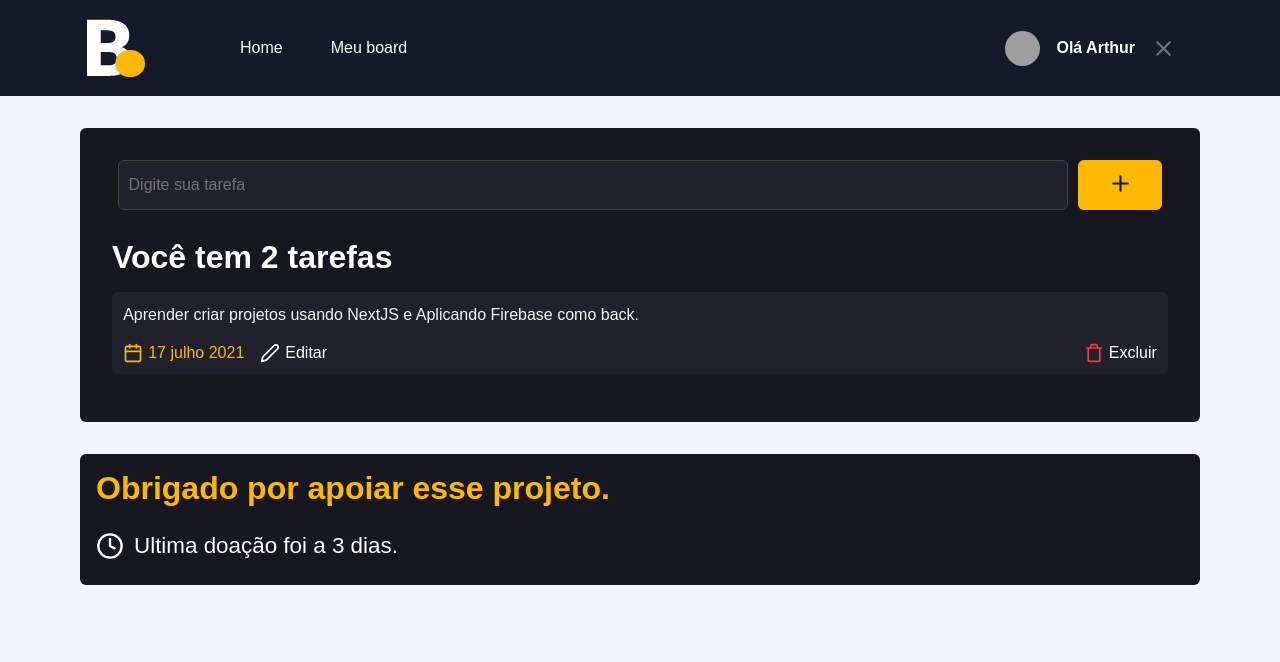
Repository: ArthurHendrich/Task-Board
Page: /board
An editor plug-in stored every save of this project. The page is shown before and after the next save, followed by the edit.
The browser window is 1280 px wide. The pictures show the whole page.
Pictures or frames that could not be fetched are drawn as grey boxes. The project was rebuilt for these pictures with package versions that can differ from the ones it lists, and the page was loaded fresh each time. The framework's server and built-in components were replaced by stand-ins that run in the browser. Also part of the build but not shown: next.config.js.

Above is the page before, as saved 2022-07-04 18:16:59.

### src/pages/_app.tsx
import { AppProps } from 'next/app';
import { Header } from '../components/Header';

import '../styles/global.scss';

function MyApp({ Component, pageProps }: AppProps) {
  return (
    <>
    <Header />
    <Component {...pageProps} />
    </>
  )
}

export default MyApp

### src/pages/_document.tsx
import Document, { Head, Html, Main, NextScript } from "next/document";

export default class MyDocument extends Document{
  render(){
    return(
      <Html>
        <Head>
        </Head>
        <body>
          <Main />
          <NextScript />
        </body>
      </Html>
    )
  }
}

### src/pages/board/index.tsx
import Head from 'next/head';
import styles from './styles.module.scss';
import { FiPlus, FiCalendar, FiEdit2, FiTrash, FiClock } from 'react-icons/fi'

export default function Board(){
  return (
    <>
      <Head>
        <title>My Task | Tarefas</title>
      </Head>

      <main className={styles.container}>
        <form>
          <input type="text" placeholder='Digite sua tarefa' />
          <button type='submit'><FiPlus size={25} color="#17181f"/></button>
        </form>

        <h1>Você tem 2 tarefas</h1>

        <section>
          <article className={styles.taskList}>
            <p>Aprender criar projetos usando NextJS e Aplicando Firebase como back.</p>
            <div className={styles.actions}>

              <div>
                <div>
                  <FiCalendar size={20} color="#ffb800" />
                  <time>17 julho 2021</time>
                </div>
                <button>
                  <FiEdit2 size={20} color="#FFF" />
                  <span>Editar</span>
                </button>
              </div>

              <button>
                <FiTrash size={20} color="#FF3636" className={styles.buttonDelete}/>
                <span>Excluir</span>
              </button>

            </div>
          </article>
        </section>
      </main>

      <div className={styles.vipContainer}>
        <h3>Obrigado por apoiar esse projeto.</h3>
        <div>
          <FiClock size={28} color="#FFF" />
          <time>
            Ultima doação foi a 3 dias.
          </time>
        </div>
      </div>
    </>
  )
}

### src/components/Header/index.tsx
import Link from "next/link";
import { SignInButton } from "../SignInButton/index";
import styles from "./styles.module.scss";

export function Header() {
  return (
    <header className={styles.headerContainer}>
      <div className={styles.headerContent}>
        <Link href="/">
          <img src="/images/logo.svg" alt="Logo" />
        </Link>

        <nav>
          <Link href="/">
            <a>Home</a>
          </Link>
          <Link href="/board">
            <a>Meu board</a>
          </Link>
        </nav>

        <SignInButton />
      </div>
    </header>
  );
}

### src/styles/global.scss
* {
  margin: 0;
  padding: 0;
  box-sizing: border-box;
}

@media (max-width: 1080px) {
  html {
    font-size: 93.75%;
  }
}

@media (max-width: 720px) {
  html {
    font-size: 87.5%;
  }
}


body {
  background: #F2F6FC;
}

body, input, textarea, select, button {
  font: 400 1rem sans-serif;
}

button {
  cursor: pointer;
}

a {
  text-decoration: none;
  color: inherit;
}

### src/pages/board/styles.module.scss
.container {
  max-width: 1120px;
  margin: 2rem auto;
  padding: 2rem;
  background-color: #17181f;
  border-radius: 6px;

  form {
    display: flex;
    justify-content: center;
    align-items: center;

    input{
      width: 90%;
      height: 50px;
      background-color: #20212c;
      border: 1px solid #424242;
      border-radius: 6px;
      padding: 3px 10px;
      color: #FFF;
    }

    button {
      margin-left: 10px;
      width: 8%;
      height: 50px;
      border: 0;
      background-color: #FFB800;
      border-radius: 6px;
    }
  }

  h1{
    color: #FFF;
    margin-top: 1.8rem;
  }

}

.taskList {
  background-color: #20212c;
  margin: 1rem 0;
  padding: 0.7rem;
  border-radius: 6px;

  p{
    cursor: pointer;
    color: #F2F6F7;
    font-size: 1rem;
    line-height: 150%;
  }

  .actions {
    width: 100%;
    display: flex;
    flex-direction: row;
    justify-content: space-between;
    margin-top: 1rem;


    div {
      display: flex;
      justify-content: center;
      align-items: center;

      time{
        color: #FFB800;
        margin-left: 5px;
        margin-right: 1rem;
      }
    }

    button {
      background: transparent;
      border: 0;
      display: flex;
      justify-content: center;
      align-items: center;

      & + button {
        margin-left: 10px;
      }

      span {
        margin-left: 5px;
        color: #FFF;
        cursor: pointer;
        transition: filter 0.2s;
      }

      span:hover{
        filter: brightness(0.7);
      }

      .buttonDelete {
        transition: filter ease 0.2s;
      }

      .buttonDelete:hover {
        filter: brightness(0.8);
      }
    }

  }


}

.vipContainer {
  max-width: 1120px;
  margin: 1rem auto;
  padding: 1rem;
  background-color: #17181f;
  border-radius: 6px;

  h3 {
    color: #FFB800;
    font-size: 2rem;
  }

  div {
    margin-top: 1rem;
    display: flex;
    align-items: center;

    time{
      color: #FFF;
      font-size: 1.4rem;
      padding: 10px;
    }
  }
}

### src/components/SignInButton/index.tsx
import styles from "./styles.module.scss";
import { FaGithub } from 'react-icons/fa';
import { FiX } from 'react-icons/fi';

export function SignInButton() {
  const session = true;

  return session ? (
    <button type="button" className={styles.signInButton} onClick={() => {}}>
      <img src="https://avatars.githubusercontent.com/u/99266969?v=4" alt="Github" />
      Olá Arthur
      <FiX color="#737380" className={styles.closeIcon} />
    </button>
  ) : (
    <button type="button" className={styles.signInButton} onClick={() => {}}>
    <FaGithub color="#FFB800" />
    Entrar com github
    </button>
  )
}

### src/components/Header/styles.module.scss
.headerContainer {
  height: 6rem;
  background-color: #141a29;
}

.headerContent {
  max-width: 1120px;
  height: 6rem;
  margin: 0 auto;
  display: flex;
  align-items: center;

  img {
    cursor: pointer;
  }

  nav{
    margin-left: 5rem;
    height: 5rem;

    a {
      display: inline-block;
      position: relative;
      padding: 0 0.5rem;
      height: 5rem;
      line-height: 5rem;
      color: #FFF;

      & + a {
        margin-left: 2rem;
      }
    }

  }

  button {
    margin-left: auto;
  }

}

### src/components/SignInButton/styles.module.scss
.signInButton{
  height: 2.5rem;
  border-radius: 3rem;
  background: transparent;
  border: 0;
  display: flex;
  align-items: center;
  justify-content: center;
  padding: 0 1.5rem;
  color: #FFF;
  font-weight: bold;
  transition: filter 0.2s;

  svg {
    width: 25px;
    height: 25px;
  }

  img {
    width: 35px;
    height: 35px;
    border-radius: 50%;
    margin-right: 1rem;
  }

  &:hover{
    filter: brightness(0.9);
  }

  svg:first-child {
    margin-right: 1rem;
  }

  svg.closeIcon {
    margin-left: 1rem;
  }
}

### src/components/SupportButton/index.tsx

import styles from "./styles.module.scss";

export function SupportButton() {
  return (
    <button>
      Apoiar
    </button>
  );
}

After the next save:
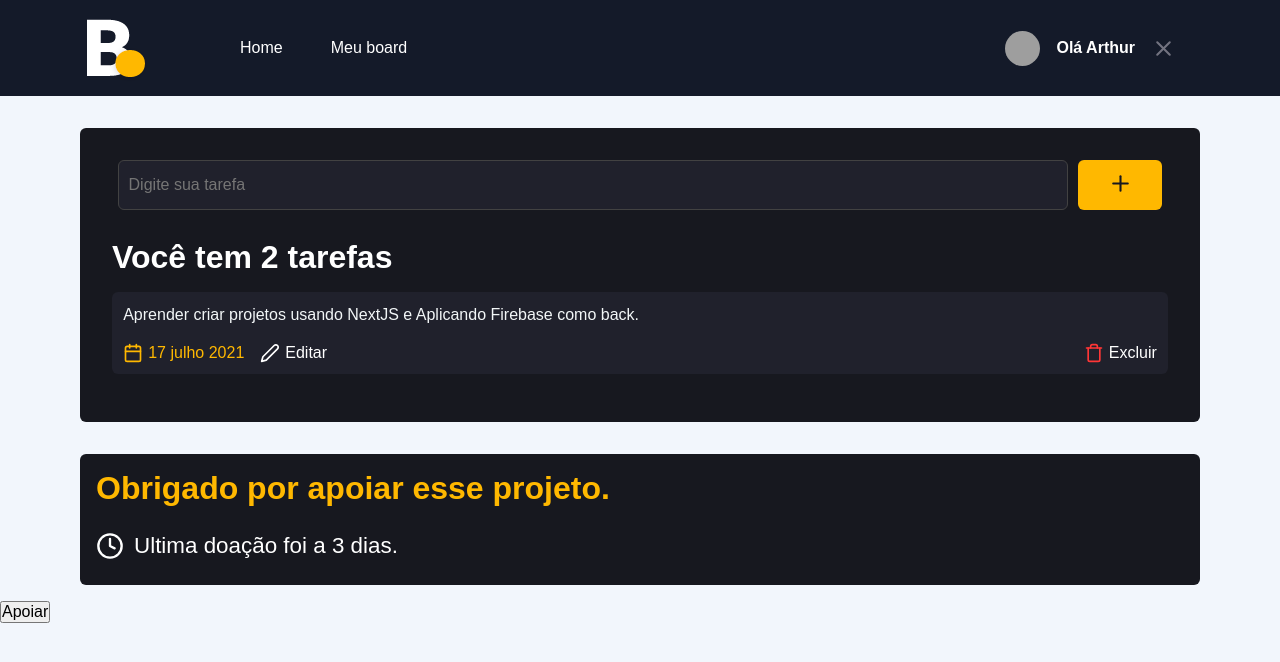
Saved 17 s later.
--- a/src/pages/board/index.tsx
+++ b/src/pages/board/index.tsx
@@ -1,6 +1,7 @@
 import Head from 'next/head';
 import styles from './styles.module.scss';
 import { FiPlus, FiCalendar, FiEdit2, FiTrash, FiClock } from 'react-icons/fi'
+import { SupportButton } from '../../components/SupportButton';
 
 export default function Board(){
   return (
@@ -52,6 +53,8 @@ export default function Board(){
           </time>
         </div>
       </div>
+
+      <SupportButton />
     </>
   )
 }
